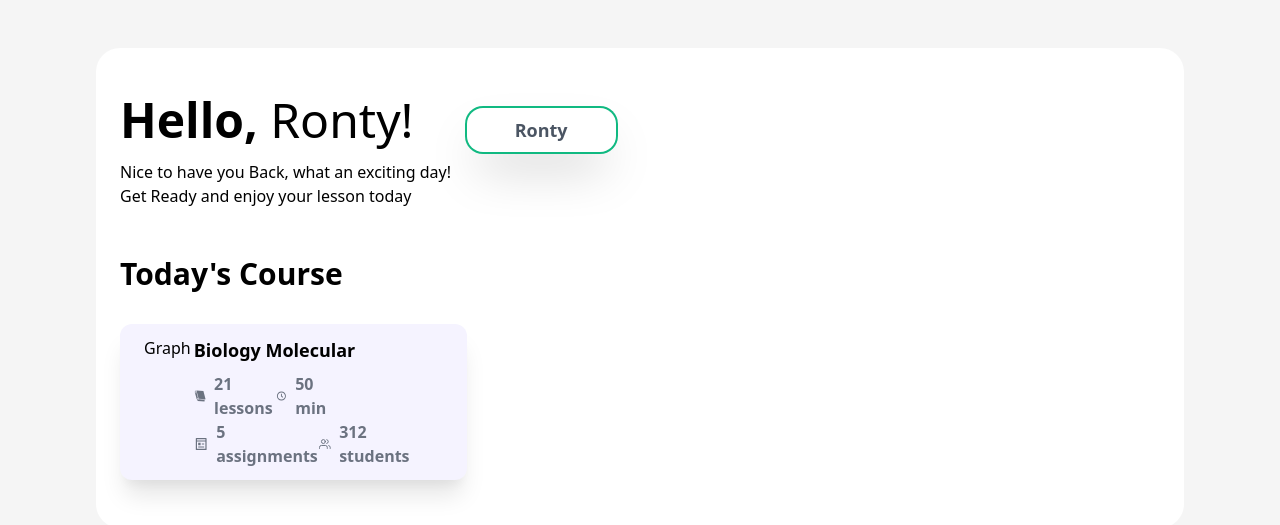
Repository: coolronts/Vite-Tailwind
Page: /
An editor plug-in stored every save of this project. The page is shown before and after the next save, followed by the edit.
The browser window is 1280 px wide. The pictures show the whole page.
The project was rebuilt for these pictures with package versions that can differ from the ones it lists, and the page was loaded fresh each time. Also part of the build but not shown: vite.config.js.

Above is the page before, as saved 2021-11-26 07:44:30.

After the next save:
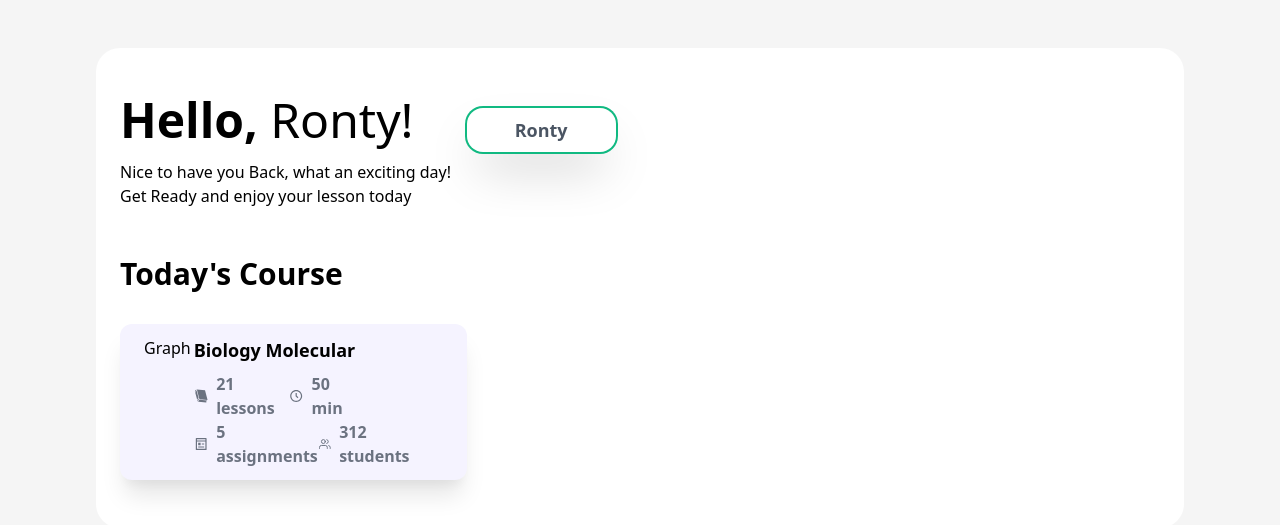
Saved 6 s later.
--- a/src/Section/Course/index.jsx
+++ b/src/Section/Course/index.jsx
@@ -13,7 +13,7 @@ export default function Course() {
       </div>
       <div id="right">
         <h4 className="font-bold text-lg mb-2">Biology Molecular</h4>
-        <div className="flex flex-col w-1/2">
+        <div className="flex flex-col w-2/3">
           <div className="flex justify-between text-gray-500 font-semibold ">
             <p className="flex items-center"> <GiWhiteBook className="mr-2"/>  21 lessons</p>
             <p className="flex items-center"> <BiTimeFive className="mr-2"/>  50 min</p>
